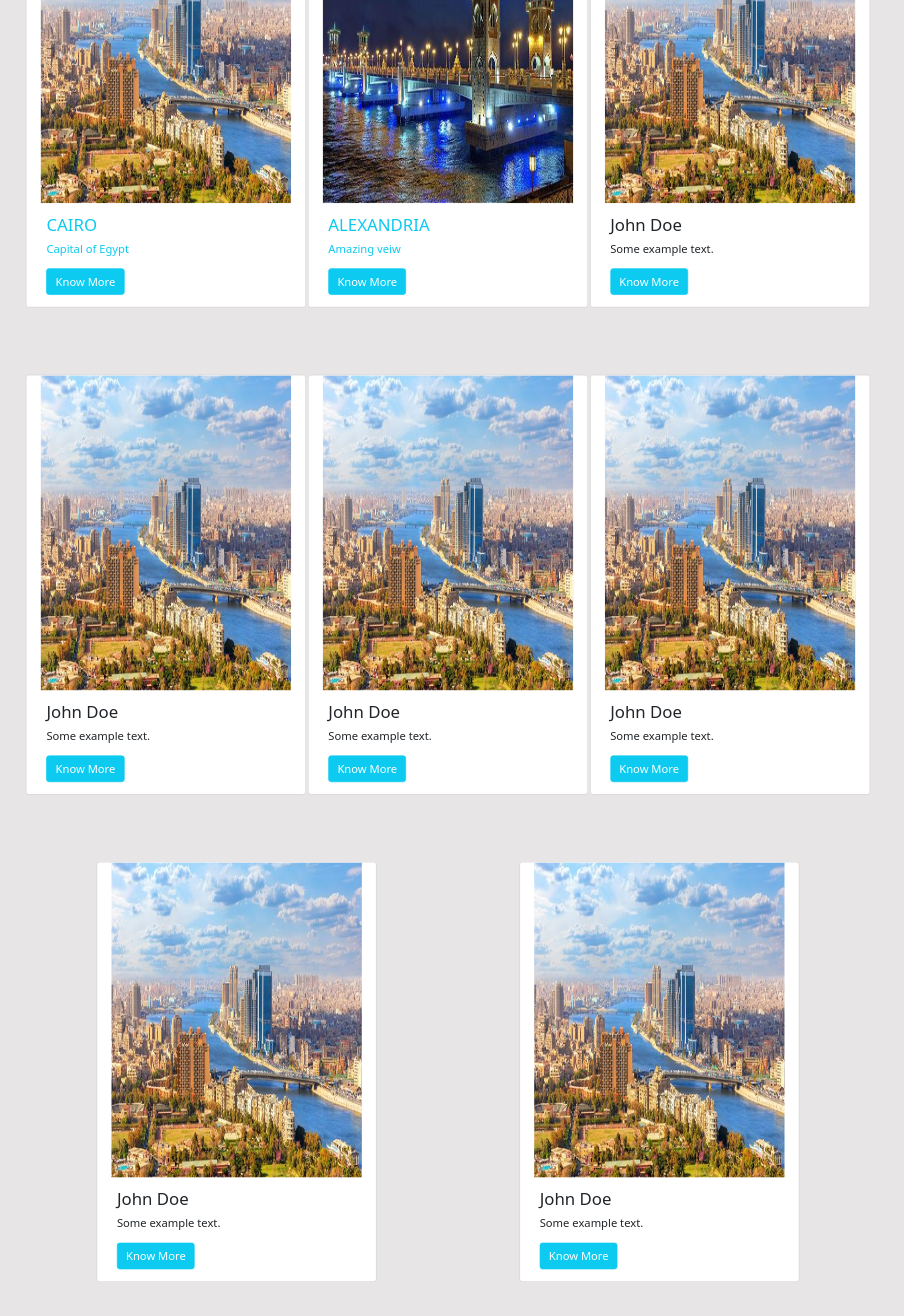
Repository: Ahmed123rezk123/P-temp
Page: index.html
The author's editor kept a copy of each file at every save. The page is drawn from the files as they stood at one save, then again after the next save.
The browser window is 1280 px wide. The page is 1292 px wide, so the pictures cover 1292 px, including what lies to the right of the window. The pictures show the part of the page from y = 3805 to 5685 px (the page is 5685 px tall), at 70% of full size.
Backgrounds fixed to the window are drawn as part of the page.

Above is the page before, as saved 2024-02-18 11:39:05.

### index.html
<!DOCTYPE html>
<html lang="en">
  <head>
    <meta charset="UTF-8" />
    <meta name="viewport" content="width=device-width, initial-scale=1.0" />
    <title>Document</title>
    <link rel="stylesheet" href="CSS/all.css" />
    <link
    href="https://cdn.jsdelivr.net/npm/bootstrap@5.1.3/dist/css/bootstrap.min.css"
    rel="stylesheet"
    integrity="sha384-1BmE4kWBq78iYhFldvKuhfTAU6auU8tT94WrHftjDbrCEXSU1oBoqyl2QvZ6jIW3"
    crossorigin="anonymous"
    />
    <link rel="stylesheet" href="CSS/style.css" />
  </head>
  <body>
    <nav class="navbar navbar-expand-lg bg-light sticky-top opacity-75">
      <div class="container-fluid">
        <a class="navbar-brand egypt p-lg-3" href="#">
          <img
            src="images/e2533023876439.5632a45cc17d8.jpg"
            class="img-fluid logo mb-2"
            alt=""
          />
          EGYPT
        </a>
        <button
          class="navbar-toggler"
          type="button"
          data-bs-toggle="collapse"
          data-bs-target="#navbarSupportedContent"
          aria-controls="navbarSupportedContent"
          aria-expanded="false"
          aria-label="Toggle navigation"
        >
          <i class="fas fa-bars"></i>
        </button>
        <div class="collapse navbar-collapse" id="navbarSupportedContent">
          <ul class="navbar-nav me-auto mb-2 mb-lg-0">
            <li class="nav-item">
              <a
                class="nav-link active text-info p-lg-2"
                aria-current="page"
                href="#"
                >Home</a
              >
            </li>
            <li class="nav-item">
              <a class="nav-link text-info p-lg-2" href="#">Link</a>
            </li>
            <li class="nav-item dropdown">
              <a
                class="nav-link dropdown-toggle text-info border rounded border-info border-2 trips p-lg-2"
                href="#"
                id="navbarDropdown"
                role="button"
                data-bs-toggle="dropdown"
                aria-expanded="false"
              >
                Trips
              </a>
              <ul class="dropdown-menu" aria-labelledby="navbarDropdown">
                <li><a class="dropdown-item text-info" href="#">Cairo</a></li>
                <li><a class="dropdown-item text-info" href="#">Alex</a></li>
                <li><hr class="dropdown-divider text-info" /></li>
                <li><a class="dropdown-item text-info" href="#">Aswan</a></li>
                <li><a class="dropdown-item text-info" href="#">Luxor</a></li>
                <li>
                  <a class="dropdown-item text-info" href="#">Sharm Elsaikh</a>
                </li>
                <li>
                  <a class="dropdown-item text-info" href="#">El Glala</a>
                </li>
                <li>
                  <a class="dropdown-item text-info" href="#">More ...</a>
                </li>
              </ul>
            </li>
            <li class="nav-item">
              <a class="nav-link disabled text-info p-lg-2">About</a>
            </li>
          </ul>
          <form class="d-flex">
            <input
              class="form-control border-info me-2"
              type="search"
              placeholder="Search"
              aria-label="Search"
            />
            <button class="btn btn-info me-2 text-light" type="submit">
              Search
            </button>
            <button type="button" class="btn btn-info text-light"  data-bs-toggle="modal" data-bs-target="#exampleModal">
              Login
            </button>

          </form>
        </div>
      </div>
    </nav>
    <!-- start model -->
    <div
    class="modal fade"
    id="exampleModal"
    tabindex="-1"
    aria-labelledby="exampleModalLabel"
    aria-hidden="true"
  >
    <div class="modal-dialog">
      <div class="modal-content">
        <div class="modal-header bg-info">
          <h5 class="modal-title   text-white " id="exampleModalLabel">
            Login
          </h5>
          <button
            type="button"
            class="btn-close bg-light"
            data-bs-dismiss="modal"
            aria-label="Close"
          ></button>
        </div>
        <div class="modal-body text-info">
          <form>
            <div class="mb-3">
              <label for="exampleInputEmail1" class="form-label">Email address</label>
              <input type="email" class="form-control  border border-info" id="exampleInputEmail1" aria-describedby="emailHelp">
              <div id="emailHelp" class="form-text">We'll never share your email with anyone else.</div>
            </div>
            <div class="mb-3">
              <label for="exampleInputPassword1" class="form-label">Password</label>
              <input type="password" class="form-control border border-info" id="exampleInputPassword1">
            </div>
            <div class="form-check form-switch   ">
              <input class="form-check-input bg-info" type="checkbox" role="switch" id="flexSwitchCheckChecked" checked>
              <label class="form-check-label " for="flexSwitchCheckChecked">Remmember me</label>
            </div>
          </form>
        </div>

        <div class="modal-footer">
            <button type="button" class="btn btn-info text-white">Login</button>
          <button type="button" class="btn btn-info text-white"  data-bs-dismiss="modal"  aria-label="Close">
            Close
          </button>

        </div>
      </div>

    </div>
  </div>
  <!-- end model -->

<!--  Section 1-->
<ul class="links">
  <li><a href="#"><i class="fab fa-facebook-square"></i></a></li>
  <li><a href="#"><i class="fab fa-whatsapp-square"></i></a></li>
  <li><a href="#"><i class="fab fa-twitter-square"></i></a></li>
  <li><a href="#"><i class="fab fa-linkedin"></i></a></li>
  <li><a href="#"><i class="fab fa-instagram-square"></i></a></li>
</ul>
<div id="carouselExampleCaptions" class="carousel carousel-white slide" data-bs-ride="carousel">
  <div class="carousel-indicators">
    <button type="button" data-bs-target="#carouselExampleCaptions" data-bs-slide-to="0" class="active" aria-current="true" aria-label="Slide 1"></button>
    <button type="button" data-bs-target="#carouselExampleCaptions" data-bs-slide-to="1" aria-label="Slide 2"></button>
    <button type="button" data-bs-target="#carouselExampleCaptions" data-bs-slide-to="2" aria-label="Slide 3"></button>
    <button type="button" data-bs-target="#carouselExampleCaptions" data-bs-slide-to="3" aria-label="Slide 4"></button>
    <button type="button" data-bs-target="#carouselExampleCaptions" data-bs-slide-to="4" aria-label="Slide 5"></button>
    <button type="button" data-bs-target="#carouselExampleCaptions" data-bs-slide-to="5" aria-label="Slide 6"></button>
  </div>
  <div class="carousel-inner">
    <div class="carousel-item active" data-bs-interval="10000">
      <img src="images/cairo.jpg" class="" alt="...">

      <div class="carousel-caption d-none d-md-block content">
        <h1 class="text-white">CAIRO</h1>
        <p class="text-white">We had such a great time in Egypt</p>
        <button type="button" class="btn btn-info text-white">Visit Us</button>
      </div>

    </div>
    <div class="carousel-item" data-bs-interval="2000">
      <img src="images/Alex.jpg" class="" alt="...">
      <div class="carousel-caption d-none d-md-block content">
        <h1 class="text-white">ALEX</h1>
        <p class="text-white">Alex is great</p>
        <button type="button" class="btn btn-info text-white">Visit Us</button>
      </div>
    </div>
    <div class="carousel-item">
      <img src="images/sharm.jpg" class="" alt="...">
      <div class="carousel-caption d-none d-md-block content">
        <h1 class="text-white">Sharm Elshekh</h1>
        <p class="text-white">Sharm is beautiful</p>
        <button type="button" class="btn btn-info text-white">Visit Us</button>
      </div>
    </div>
    <div class="carousel-item">
      <img src="images/glala.jpg" class="" alt="...">
      <div class="carousel-caption d-none d-md-block col-sm-12 content">
        <h1 class="text-white">El Glala</h1>
        <p class="text-white">I love El Glala</p>
        <button type="button" class="btn btn-info text-white">Visit Us</button>
      </div>
    </div>
    <div class="carousel-item">
      <img src="images/aswan.jpg" class="" alt="...">
      <div class="carousel-caption d-none d-md-block content">
        <h1 class="text-white">Aswan</h1>
        <p class="text-white">I want Visit Aswan</p>
        <button type="button" class="btn btn-info text-white">Visit Us</button>
      </div>
    </div>
    <div class="carousel-item">
      <img src="images/الأقصر-2.jpg" class="" alt="...">
      <div class="carousel-caption d-none d-md-block content">
        <h1 class="text-white">Luxor</h1>
        <p class="text-white">I love this city</p>
        <button type="button" class="btn btn-info text-white">Visit Us</button>
      </div>
    </div>
  </div>
  <button class="carousel-control-prev" type="button" data-bs-target="#carouselExampleCaptions" data-bs-slide="prev">
    <span class="carousel-control-prev-icon text-white" aria-hidden="true"></span>
    <span class="visually-hidden">Previous</span>
  </button>
  <button class="carousel-control-next" type="button" data-bs-target="#carouselExampleCaptions" data-bs-slide="next">
    <span class="carousel-control-next-icon" aria-hidden="true"></span>
    <span class="visually-hidden">Next</span>
  </button>
</div>
<!-- Start section 2 -->
<div class="section2 mb-3 ">
  <div class="content p-4">
    <h2>WELCOME</h2>
    <p>Lorem ipsum, dolor sit amet consectetur adipisicing elit. Nihil provident ullam dolores distinctio maxime nesciunt fugit atque, cumque perspiciatis error vero tempore minus maiores molestiae et rerum voluptatum debitis! Dolorum.</p>
    <button class="btn btn-light text-info">Learn more</button>
  </div>
</div>
<hr>
<!-- End section 2 -->

<!-- start section 3 -->
<div class="section3 mb-3 ">
  <h1>Popular destinations in Egypt</h1>
</div>
<!-- End section 3 -->

<!-- Start section 4 -->
<div id="accordion">

  <div class="card">
    <div class="card-header">
      <a class="btn" data-bs-toggle="collapse" href="#collapseOne">
        GIZA CITY
      </a>
    </div>
    <div id="collapseOne" class="collapse show" data-bs-parent="#accordion">
      <div class="card-body bg-light">
        Lorem ipsum dolor sit, amet consectetur adipisicing elit. Provident possimus earum dolorem quasi ipsum mollitia amet laborum rem soluta.
      </div>
    </div>
  </div>

  <div class="card">
    <div class="card-header card-head">
      <a class="collapsed btn" data-bs-toggle="collapse" href="#collapseTwo">
       LUXOR CITY
      </a>
    </div>
    <div id="collapseTwo" class="collapse" data-bs-parent="#accordion">
      <div class="card-body">
        Lorem ipsum dolor sit, amet consectetur adipisicing elit. Provident possimus earum dolorem quasi ipsum mollitia amet laborum rem soluta.
      </div>
    </div>
  </div>

  <div class="card">
    <div class="card-header card-head">
      <a class="collapsed btn" data-bs-toggle="collapse" href="#collapseThree">
      SHARM ElSAIKH
      </a>
    </div>
    <div id="collapseThree" class="collapse" data-bs-parent="#accordion">
      <div class="card-body">
        Lorem ipsum dolor sit, amet consectetur adipisicing elit. Provident possimus earum dolorem quasi ipsum mollitia amet laborum rem soluta.
      </div>
    </div>
  </div>
</div>
<hr>
<!-- End Section 4 -->


<!-- Start section 5 -->
<div class="section5 ">
  <h1>Translate From Arabic To English</h1>
</div>
<!-- End section 5 -->


<!-- start section 6 -->
  <div class="section6">
    <div class="content">
      <p class="text-white">Write and Translate <button>Press Here</button></p>
      <button type="button" class="btn  text-info bg-white mb-3" data-bs-toggle="tooltip" data-bs-placement="right-bottom" title="Copy to Clipboard"  data-bs-toggle="popover" title="Popover Header" data-bs-content="Some content inside the popover">Copy</button>
      <div class="form-floating">
        <textarea class="form-control" placeholder="translate:" id="floatingTextarea" style="height: 200px"></textarea>
        <label for="floatingTextarea">Translate:</label>
      </div>
    </div>
  </div>
  <hr>
<!-- End section 6 -->
<!-- Start Section 7 -->
<div class="section7 ">
  <h1>Translate From Arabic To French</h1>
</div>
<!-- End Section 7 -->

<!-- start section 8 -->
<div class="section8">
  <div class="content">
    <p class="text-white">Write and Translate <button>Press Here</button></p>
    <button class="btn  text-info bg-white mb-3">Copy</button>
    <div class="form-floating">
      <textarea class="form-control" placeholder="translate:" id="floatingTextarea" style="height: 200px"></textarea>
      <label for="floatingTextarea">Translate:</label>
    </div>
  </div>
</div>
<hr>
<!-- End section 8 -->


<!-- Start Section 9 -->
<div class="section7 ">
  <h1>Translate From Arabic To German</h1>
</div>
<!-- End Section 9 -->

<!-- start section 10 -->
<div class="section8">
  <div class="content">
    <p class="text-white">Write and Translate <button>Press Here</button></p>
    <button class="btn  text-info bg-white mb-3">Copy</button>
    <div class="form-floating">
      <textarea class="form-control" placeholder="translate:" id="floatingTextarea" style="height: 200px"></textarea>
      <label for="floatingTextarea">Translate:</label>
    </div>
  </div>
</div>
<hr>
<!-- End section 10 -->
<!-- Start Section 11 -->
<div class="section11 ">
<div class="overlay">
 <div class="image">
 </div>
</div>
 </div>
<!-- End Section 11 -->
  <!-- Start Section 12 -->
  <div class="section12 text-center mb-5">
    <h1>Popular destinations in Egypt</h1>
  </div>
  <!-- End section 12 -->

  <!-- Start Section 13 -->
    <div class="section13 ">
      <div class="row  d-flex justify-content-around p-5">
      <div class="col-sm-4 card rounded-3" style="width:400px; height: 600px;">
        <img class="card-img-top rounded-top img-fluid ps-2 pe-2 " style="height: 450px;" src="images/cairo-city-egypt-2020(visit).jpg" alt="Card image">
        <div class="card-body">
          <h4 class="card-title text-info">CAIRO</h4>
          <p class="card-text text-info">Capital of Egypt</p>
          <a href="#" class=" btn btn-info text-white">Know More</a>
        </div>
      </div>

      <div class="col-sm-4 card rounded-3" style="width:400px; height: 600px;">
        <img class="card-img-top rounded-top img-fluid ps-2 pe-2 " style="height: 450px;" src="images/Alexandria-City(visit).jpg" alt="Card image">
        <div class="card-body">
          <h4 class="card-title text-info">ALEXANDRIA</h4>
          <p class="card-text text-info">Amazing veiw</p>
          <a href="#" class=" btn btn-info text-white">Know More</a>
        </div>
      </div>

      <div class="col-sm-4 card rounded-3" style="width:400px; height: 600px;">
        <img class="card-img-top rounded-top img-fluid ps-2 pe-2 " style="height: 450px;" src="images/cairo-city-egypt-2020(visit).jpg" alt="Card image">
        <div class="card-body">
          <h4 class="card-title">John Doe</h4>
          <p class="card-text">Some example text.</p>
          <a href="#" class=" btn btn-info text-white">Know More</a>
        </div>
      </div>
      </div>
      <div class="row d-flex justify-content-around p-5">
      <div class="col-sm-4 card rounded-3" style="width:400px; height: 600px;">
        <img class="card-img-top rounded-top img-fluid ps-2 pe-2 " style="height: 450px;" src="images/cairo-city-egypt-2020(visit).jpg" alt="Card image">
        <div class="card-body">
          <h4 class="card-title">John Doe</h4>
          <p class="card-text">Some example text.</p>
          <a href="#" class=" btn btn-info text-white">Know More</a>
        </div>
      </div>

      <div class="col-sm-4 card rounded-3" style="width:400px; height: 600px;">
        <img class="card-img-top rounded-top img-fluid ps-2 pe-2 " style="height: 450px;" src="images/cairo-city-egypt-2020(visit).jpg" alt="Card image">
        <div class="card-body">
          <h4 class="card-title">John Doe</h4>
          <p class="card-text">Some example text.</p>
          <a href="#" class=" btn btn-info text-white">Know More</a>
        </div>
      </div>

      <div class="col-sm-4 card rounded-3" style="width:400px; height: 600px;">
        <img class="card-img-top rounded-top img-fluid ps-2 pe-2 " style="height: 450px;" src="images/cairo-city-egypt-2020(visit).jpg" alt="Card image">
        <div class="card-body">
          <h4 class="card-title">John Doe</h4>
          <p class="card-text">Some example text.</p>
          <a href="#" class=" btn btn-info text-white">Know More</a>
        </div>
      </div>
</div>
      <div class="row d-flex justify-content-around p-5">
      <div class=" col-sm-6 card rounded-3" style="width:400px; height: 600px;">
        <img class="card-img-top rounded-top img-fluid ps-2 pe-2 " style="height: 450px;" src="images/cairo-city-egypt-2020(visit).jpg" alt="Card image">
        <div class="card-body">
          <h4 class="card-title">John Doe</h4>
          <p class="card-text">Some example text.</p>
              <a href="#" class=" btn btn-info text-white">Know More</a>
        </div>
      </div>

      <div class="col-sm-6 card rounded-3" style="width:400px; height: 600px;">
        <img class="card-img-top rounded-top img-fluid ps-2 pe-2 " style="height: 450px;" src="images/cairo-city-egypt-2020(visit).jpg" alt="Card image">
        <div class="card-body">
          <h4 class="card-title">John Doe</h4>
          <p class="card-text">Some example text.</p>
              <a href="#" class=" btn btn-info text-white">Know More</a>
        </div>
      </div>
</div>
    </div>
  <!-- End Section 13 -->

  <script
      src="https://cdn.jsdelivr.net/npm/bootstrap@5.1.3/dist/js/bootstrap.bundle.min.js"
      integrity="sha384-ka7Sk0Gln4gmtz2MlQnikT1wXgYsOg+OMhuP+IlRH9sENBO0LRn5q+8nbTov4+1p"
      crossorigin="anonymous"
    >
//   var popoverTriggerList = [].slice.call(document.querySelectorAll('[data-bs-toggle="popover"]'))
// var popoverList = popoverTriggerList.map(function (popoverTriggerEl) {
//   return new bootstrap.Popover(popoverTriggerEl)
// })
  </script>
  </body>
</html>

Loaded but not shown: CSS/all.css (library); CSS/style.css (304 lines, source omitted)

After the next save:
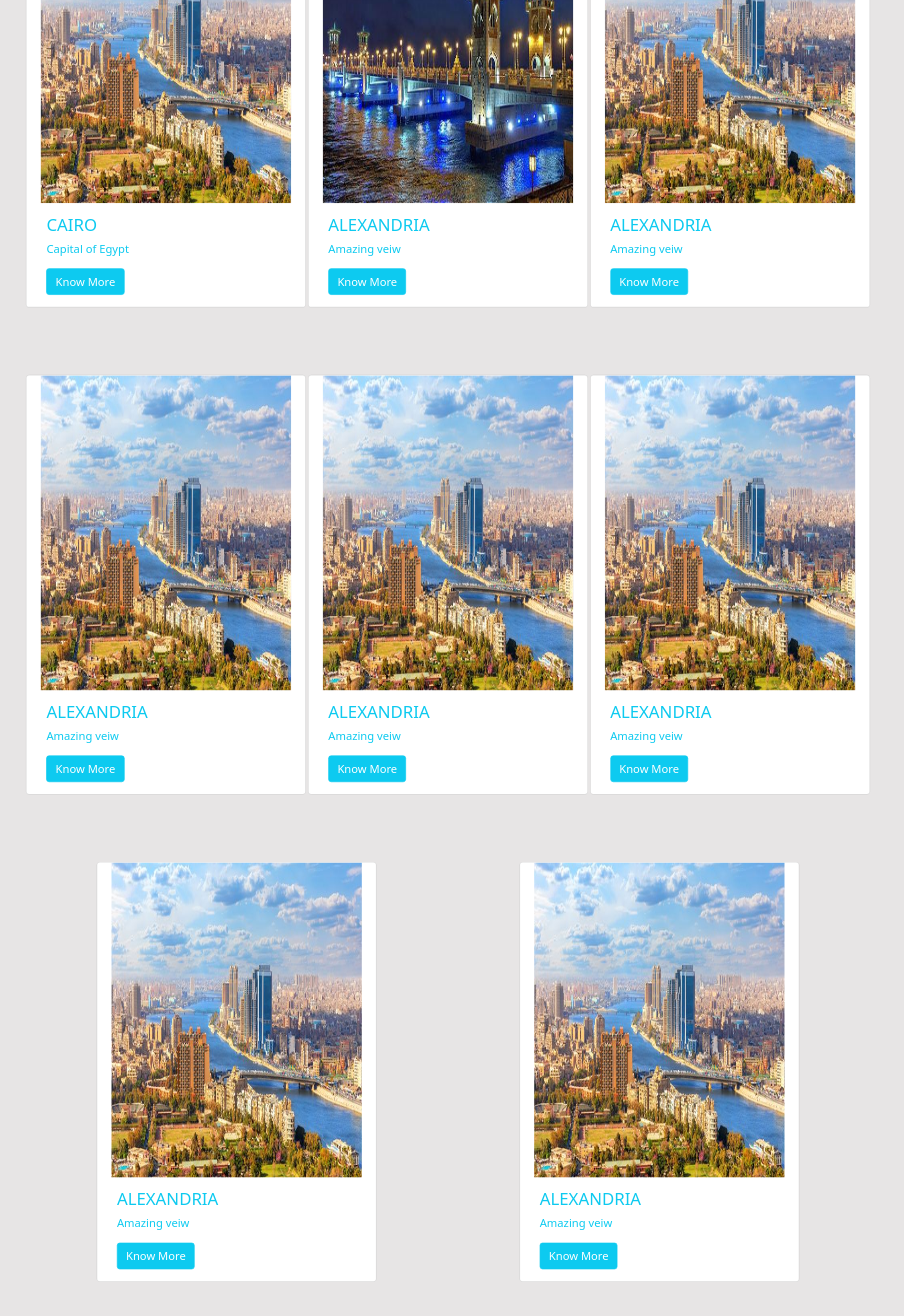
Saved 41 s later.
--- a/index.html
+++ b/index.html
@@ -389,8 +389,8 @@
       <div class="col-sm-4 card rounded-3" style="width:400px; height: 600px;">
         <img class="card-img-top rounded-top img-fluid ps-2 pe-2 " style="height: 450px;" src="images/cairo-city-egypt-2020(visit).jpg" alt="Card image">
         <div class="card-body">
-          <h4 class="card-title">John Doe</h4>
-          <p class="card-text">Some example text.</p>
+          <h4 class="card-title text-info">ALEXANDRIA</h4>
+          <p class="card-text text-info">Amazing veiw</p>
           <a href="#" class=" btn btn-info text-white">Know More</a>
         </div>
       </div>
@@ -399,26 +399,26 @@
       <div class="col-sm-4 card rounded-3" style="width:400px; height: 600px;">
         <img class="card-img-top rounded-top img-fluid ps-2 pe-2 " style="height: 450px;" src="images/cairo-city-egypt-2020(visit).jpg" alt="Card image">
         <div class="card-body">
-          <h4 class="card-title">John Doe</h4>
-          <p class="card-text">Some example text.</p>
-          <a href="#" class=" btn btn-info text-white">Know More</a>
-        </div>
-      </div>
-
-      <div class="col-sm-4 card rounded-3" style="width:400px; height: 600px;">
-        <img class="card-img-top rounded-top img-fluid ps-2 pe-2 " style="height: 450px;" src="images/cairo-city-egypt-2020(visit).jpg" alt="Card image">
-        <div class="card-body">
-          <h4 class="card-title">John Doe</h4>
-          <p class="card-text">Some example text.</p>
-          <a href="#" class=" btn btn-info text-white">Know More</a>
-        </div>
-      </div>
-
-      <div class="col-sm-4 card rounded-3" style="width:400px; height: 600px;">
-        <img class="card-img-top rounded-top img-fluid ps-2 pe-2 " style="height: 450px;" src="images/cairo-city-egypt-2020(visit).jpg" alt="Card image">
-        <div class="card-body">
-          <h4 class="card-title">John Doe</h4>
-          <p class="card-text">Some example text.</p>
+          <h4 class="card-title text-info">ALEXANDRIA</h4>
+          <p class="card-text text-info">Amazing veiw</p>
+          <a href="#" class=" btn btn-info text-white">Know More</a>
+        </div>
+      </div>
+
+      <div class="col-sm-4 card rounded-3" style="width:400px; height: 600px;">
+        <img class="card-img-top rounded-top img-fluid ps-2 pe-2 " style="height: 450px;" src="images/cairo-city-egypt-2020(visit).jpg" alt="Card image">
+        <div class="card-body">
+          <h4 class="card-title text-info">ALEXANDRIA</h4>
+          <p class="card-text text-info">Amazing veiw</p>
+          <a href="#" class=" btn btn-info text-white">Know More</a>
+        </div>
+      </div>
+
+      <div class="col-sm-4 card rounded-3" style="width:400px; height: 600px;">
+        <img class="card-img-top rounded-top img-fluid ps-2 pe-2 " style="height: 450px;" src="images/cairo-city-egypt-2020(visit).jpg" alt="Card image">
+        <div class="card-body">
+          <h4 class="card-title text-info">ALEXANDRIA</h4>
+          <p class="card-text text-info">Amazing veiw</p>
           <a href="#" class=" btn btn-info text-white">Know More</a>
         </div>
       </div>
@@ -427,8 +427,8 @@
       <div class=" col-sm-6 card rounded-3" style="width:400px; height: 600px;">
         <img class="card-img-top rounded-top img-fluid ps-2 pe-2 " style="height: 450px;" src="images/cairo-city-egypt-2020(visit).jpg" alt="Card image">
         <div class="card-body">
-          <h4 class="card-title">John Doe</h4>
-          <p class="card-text">Some example text.</p>
+          <h4 class="card-title text-info">ALEXANDRIA</h4>
+          <p class="card-text text-info">Amazing veiw</p>
               <a href="#" class=" btn btn-info text-white">Know More</a>
         </div>
       </div>
@@ -436,8 +436,8 @@
       <div class="col-sm-6 card rounded-3" style="width:400px; height: 600px;">
         <img class="card-img-top rounded-top img-fluid ps-2 pe-2 " style="height: 450px;" src="images/cairo-city-egypt-2020(visit).jpg" alt="Card image">
         <div class="card-body">
-          <h4 class="card-title">John Doe</h4>
-          <p class="card-text">Some example text.</p>
+          <h4 class="card-title text-info">ALEXANDRIA</h4>
+          <p class="card-text text-info">Amazing veiw</p>
               <a href="#" class=" btn btn-info text-white">Know More</a>
         </div>
       </div>
